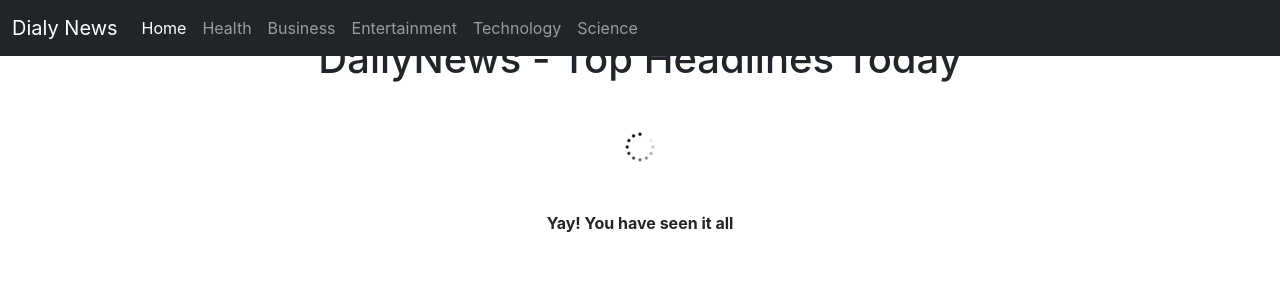
Repository: dikshant-chauhan04/news-app
Page: /
The author's editor kept a copy of each file at every save. The page is drawn from the files as they stood at one save, then again after the next save.
The browser window is 1280 px wide. The pictures show the whole page.
The page's requests for data from a server got no answer. The project was rebuilt for these pictures with package versions that can differ from the ones it lists, and the page was loaded fresh each time. No one was signed in, and anything a server would have sent is missing. Also part of the build but not shown: src/components/NewsItem.js.

Above is the page before, as saved 2022-04-22 19:14:40.

After the next save:
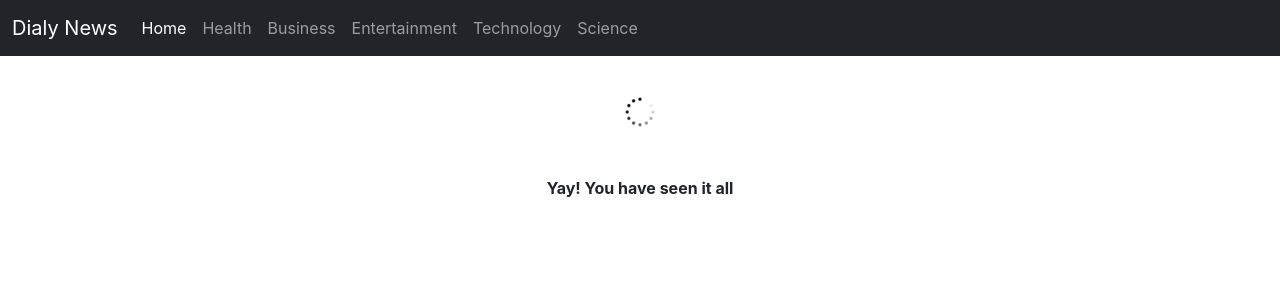
Saved 25 s later.
--- a/src/components/News.js
+++ b/src/components/News.js
@@ -45,7 +45,7 @@ const News = (props)=> {
 
     return (
       <>
-        <h1 className='text-center' style={{margin : "35px 90px"}}>DailyNews - Top Headlines Today</h1>
+        <h1 className='text-center' style={{margin : "35px, 90px"}}>DailyNews - Top Headlines Today</h1>
         {loading && <Loading/>}
         <InfiniteScroll
           dataLength={articles.length}
